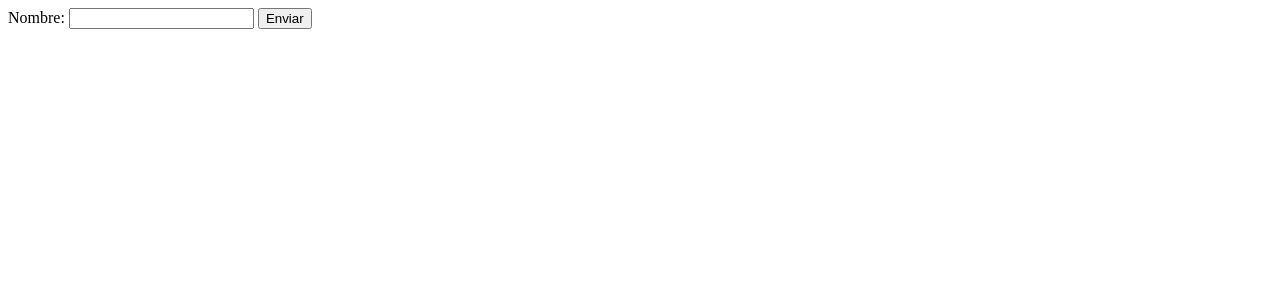
Repository: Question1976/Ejercicios-de-Java
Page: http://localhost/web_03-enviar_peticiones_post_desde_jsp_al_servlet/
These files come from the project's save history. The page is drawn as it stood at one moment and after the next save; the edit follows.
The browser window is 1280 px wide. The pictures show the whole page.
The page is served by Tomcat 9.

Above is the page before, as saved 2025-01-16 18:29:30.

After the next save:
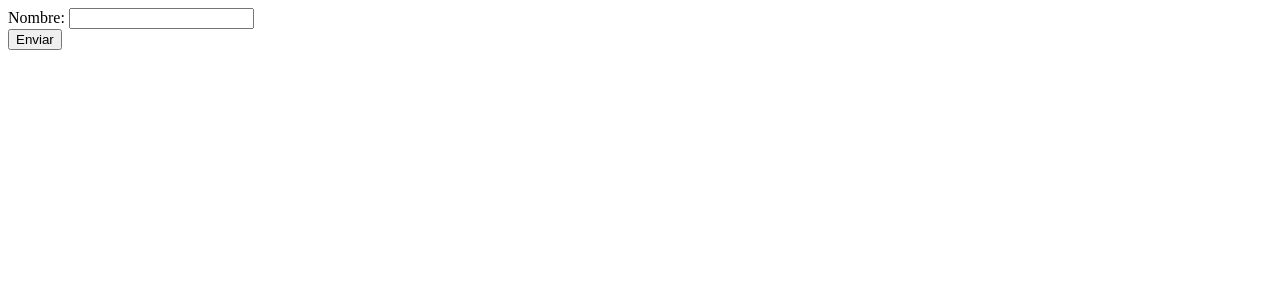
Saved 32 s later.
--- a/web_03-enviar_peticiones_post_desde_jsp_al_servlet/src/main/webapp/index.jsp
+++ b/web_03-enviar_peticiones_post_desde_jsp_al_servlet/src/main/webapp/index.jsp
@@ -12,7 +12,7 @@
 	<!-- mediante un formulario -->
 	<form action="MyServlet" method="post">
 		<label>Nombre:</label>
-		<input type="text" name="nombre">
+		<input type="text" name="nombre"><br />
 		<button type="submit">Enviar</button>
 	</form>
 
